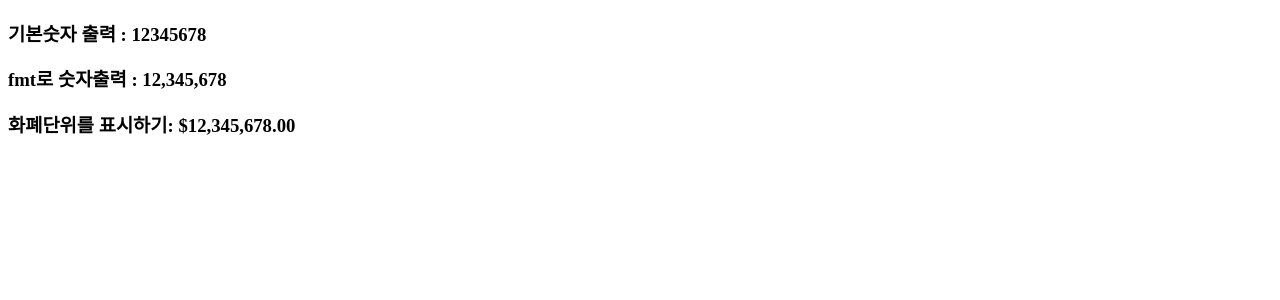
Repository: yongmin0309/mybatis1
Page: http://localhost/eL_JSTL/views/jstl/formattag.jsp
An editor plug-in stored every save of this project. The page is shown before and after the next save, followed by the edit.
The browser window is 1280 px wide. The pictures show the whole page.
The page is served by Tomcat 9. Other server files are loaded and not shown.

Above is the page before, as saved 2024-04-20 08:01:27.

### work/eL_JSTL/src/main/webapp/views/jstl/formattag.jsp
<%@ page language="java" contentType="text/html; charset=UTF-8"
    pageEncoding="UTF-8"%>
<%@ taglib prefix="c" uri="http://java.sun.com/jsp/jstl/core" %>
<%@ taglib prefix="fmt" uri="http://java.sun.com/jsp/jstl/fmt" %>
<!DOCTYPE html>
<html>
<head>
<meta charset="UTF-8">
<title>Insert title here</title>
</head>
<body>
	<c:set var="numbertest" value="12345678"/>

	<h3>기본숫자 출력 : <c:out value="${numbertest }"/></h3>
	<h3>fmt로 숫자출력 : <fmt:formatNumber value="${numbertest }"/></h3>
	<h3>화폐단위를 표시하기: <fmt:formatNumber value="${numbertest }"
	type="currency"/>
	</h3>

</body>
</html>

After the next save:
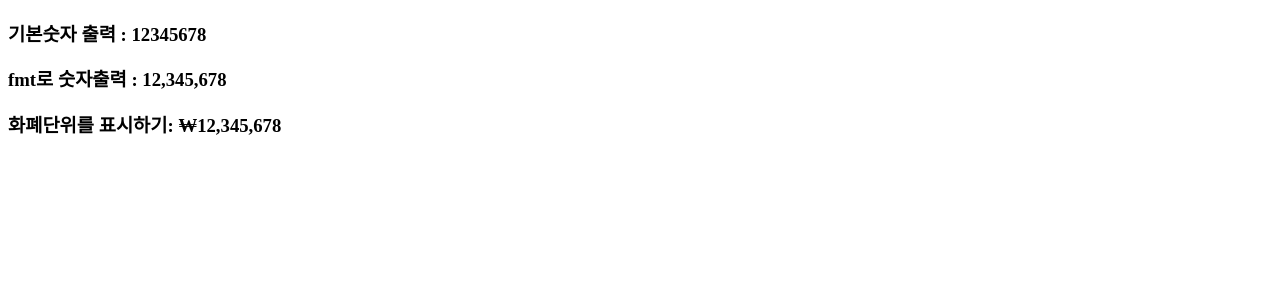
Saved 34 s later.
--- a/work/eL_JSTL/src/main/webapp/views/jstl/formattag.jsp
+++ b/work/eL_JSTL/src/main/webapp/views/jstl/formattag.jsp
@@ -13,6 +13,7 @@
 
 	<h3>기본숫자 출력 : <c:out value="${numbertest }"/></h3>
 	<h3>fmt로 숫자출력 : <fmt:formatNumber value="${numbertest }"/></h3>
+	<fmt:setLocale value="ko_KR"/>
 	<h3>화폐단위를 표시하기: <fmt:formatNumber value="${numbertest }"
 	type="currency"/>
 	</h3>
